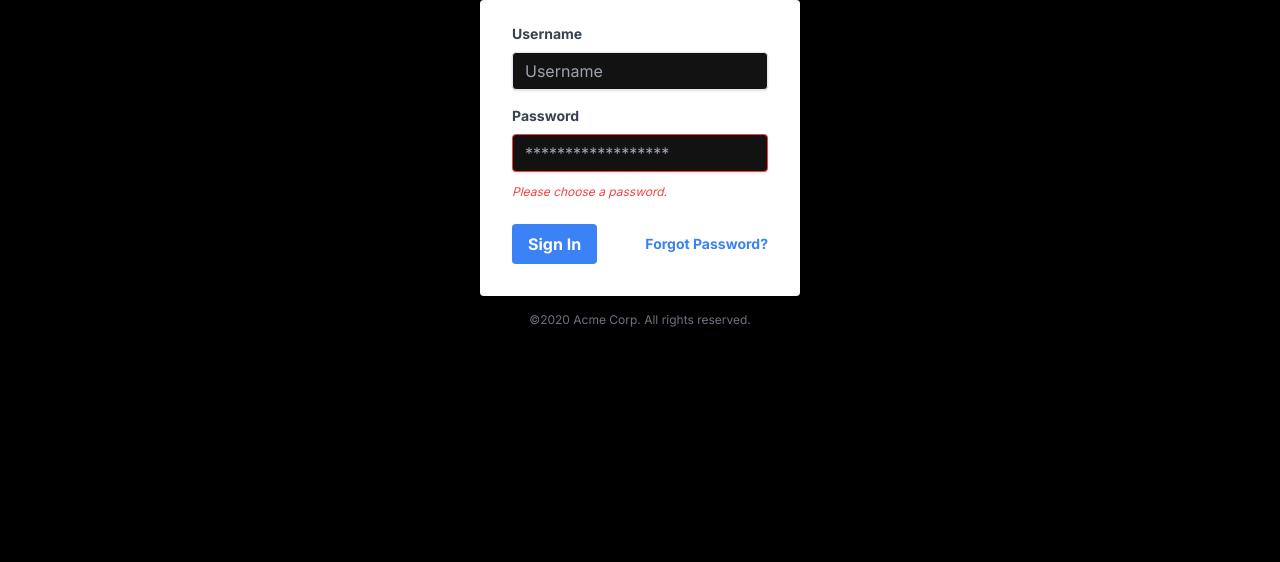
Repository: uh-sman/tasks
Page: /auth
The author's editor kept a copy of each file at every save. The page is drawn from the files as they stood at one save, then again after the next save.
The browser window is 1280 px wide. The pictures show the whole page.
The project was rebuilt for these pictures with package versions that can differ from the ones it lists, and the page was loaded fresh each time. The framework's server and built-in components were replaced by stand-ins that run in the browser. Also part of the build but not shown: next.config.js.

Above is the page before, as saved 2024-01-12 09:02:03.

### app/layout.tsx
import type { Metadata } from "next";
import { Inter } from "next/font/google";
import "./globals.css";
import Head from "next/head";
import Sidebar from "../components/Sidebar";
import Home from "./(site)/page";
import ToasterProvider from "@/providers/ToasterProvider";

const inter = Inter({ subsets: ["latin"] });

export const metadata: Metadata = {
  title: "Create Next App",
  description: "Generated by create next app",
};

export default function RootLayout({
  children,
}: {
  children: React.ReactNode;
}, ) {
  return (
    <html lang="en">
      <body className={inter.className}>
        <ToasterProvider />
        {children}
      </body>
    </html>
  );
}


{/* <Home>
        {children}
        </Home> */}
        {/* <Sidebar>
          {children}
        </Sidebar> */}
        {/* {children} */}

### app/(components)/auth/layout.tsx
export default function AuthLayout({
    children,
  }: {
    children: React.ReactNode
  }) {
    return (
      <div className="">
        {children}
      </div>
    )
  }

### app/(components)/auth/page.tsx
import React from "react";

const AuthForm = () => {
  return (
    <div className="flex justify-center  h-screen">
      <div className="w-full max-w-xs">
  <form className="bg-white shadow-md rounded px-8 pt-6 pb-8 mb-4">
    <div className="mb-4">
      <label className="block text-gray-700 text-sm font-bold mb-2" htmlFor="username">
        Username
      </label>
      <input className="shadow appearance-none border rounded w-full py-2 px-3 text-gray-700 leading-tight focus:outline-none focus:shadow-outline" id="username" type="text" placeholder="Username" />
    </div>
    <div className="mb-6">
      <label className="block text-gray-700 text-sm font-bold mb-2" htmlFor="password">
        Password
      </label>
      <input className="shadow appearance-none border border-red-500 rounded w-full py-2 px-3 text-gray-700 mb-3 leading-tight focus:outline-none focus:shadow-outline" id="password" type="password" placeholder="******************"/>
      <p className="text-red-500 text-xs italic">Please choose a password.</p>
    </div>
    <div className="flex items-center justify-between">
      <button className="bg-blue-500 hover:bg-blue-700 text-white font-bold py-2 px-4 rounded focus:outline-none focus:shadow-outline" type="button">
        Sign In
      </button>
      <a className="inline-block align-baseline font-bold text-sm text-blue-500 hover:text-blue-800" href="#">
        Forgot Password?
      </a>
    </div>
  </form>
  <p className="text-center text-gray-500 text-xs">
    &copy;2020 Acme Corp. All rights reserved.
  </p>
</div>
    </div>
  );
};

export default AuthForm;

### app/globals.css
@tailwind base;
@tailwind components;
@tailwind utilities;

html,
body,
:root{
  height: 100%;
  background-color: black;
  color-scheme: dark;
}

### providers/ToasterProvider.tsx
'use client'
import { Toaster } from "react-hot-toast"

const ToasterProvider = () => {
    return (
        <Toaster />
    )
}

export default ToasterProvider

Loaded but not shown: tailwind.config.ts (common file)

After the next save:
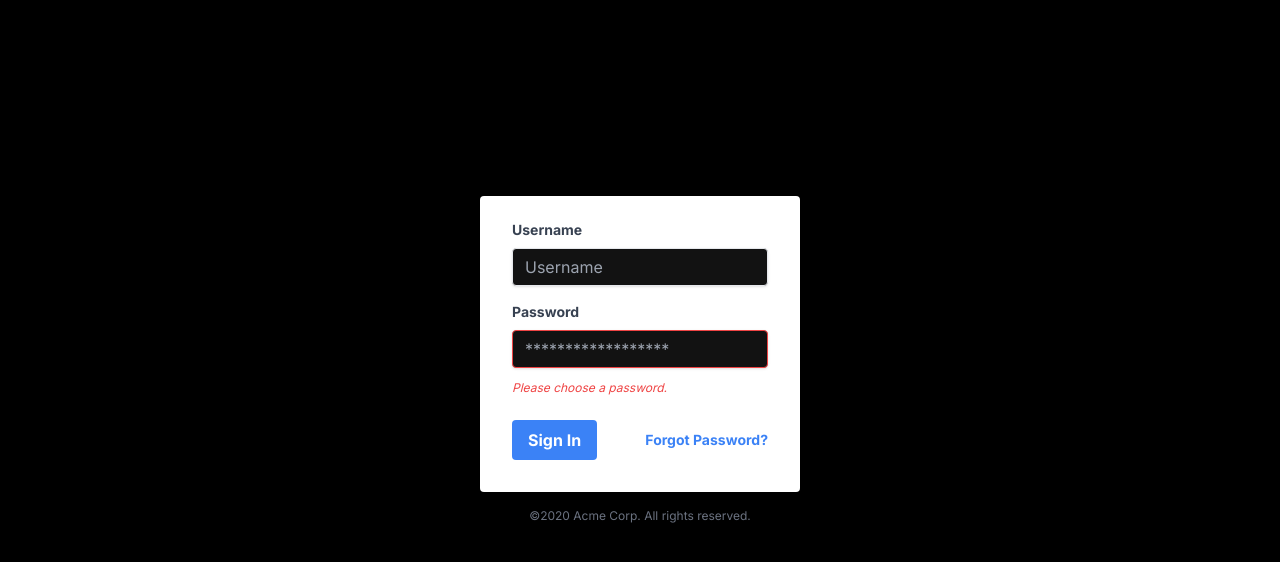
Saved 9 s later.
--- a/app/(components)/auth/page.tsx
+++ b/app/(components)/auth/page.tsx
@@ -2,7 +2,7 @@ import React from "react";
 
 const AuthForm = () => {
   return (
-    <div className="flex justify-center  h-screen">
+    <div className="flex justify-center items-center h-screen">
       <div className="w-full max-w-xs">
   <form className="bg-white shadow-md rounded px-8 pt-6 pb-8 mb-4">
     <div className="mb-4">
